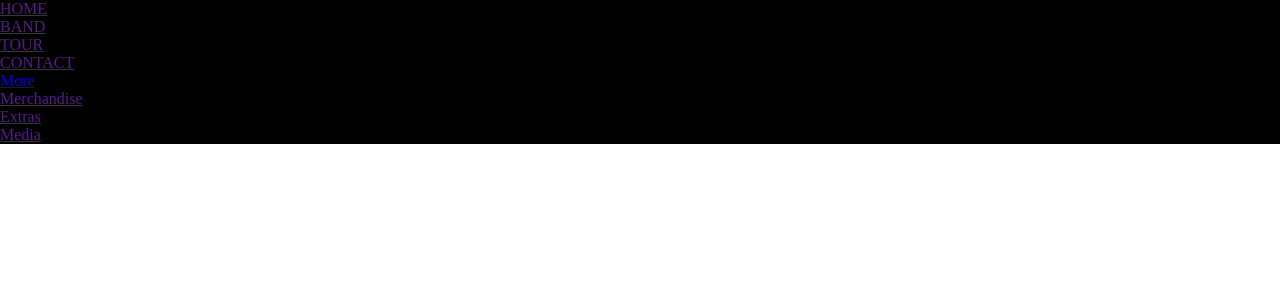
Repository: thanhsonnguyen-gif/f8-learn
Page: index.html
An editor plug-in stored every save of this project. The page is shown before and after the next save, followed by the edit.
The browser window is 1280 px wide. The pictures show the whole page.

Above is the page before, as saved 2022-06-23 09:40:47.

### index.html
<!DOCTYPE html>
<html lang="en">
<head>
    <meta charset="UTF-8">
    <meta http-equiv="X-UA-Compatible" content="IE=edge">
    <meta name="viewport" content="width=device-width, initial-scale=1.0">
    <title>Document</title>
    <link rel="stylesheet" href="./assets/css/style.css">
</head>
<body>
    <div id="main">
        <div id="header">
            <ul id="nav">
                <li><a href="">HOME</a></li>
                <li><a href="">BAND</a></li>
                <li><a href="">TOUR</a></li>
                <li><a href="">CONTACT</a></li>
                <li>
                    <a href="#">More</a>
                    <ul class="subnav">
                        <li><a href="">Merchandise</a></li>
                        <li><a href="">Extras</a></li>
                        <li><a href="">Media</a></li>
                    </ul>
                </li>
            </ul>
        </div>
        <div id="slide">

        </div>
        <div id="content">

        </div>
        <div id="footer">

        </div>
    </div>
</body>
</html>

### assets/css/style.css
*{
    padding: 0;
    margin: 0;
    box-sizing: border-box;
}

#main {

}

#header {
background-color: #000;
color: #fff;
}

#slide {

}

#content {

}

#footer {

}

After the next save:
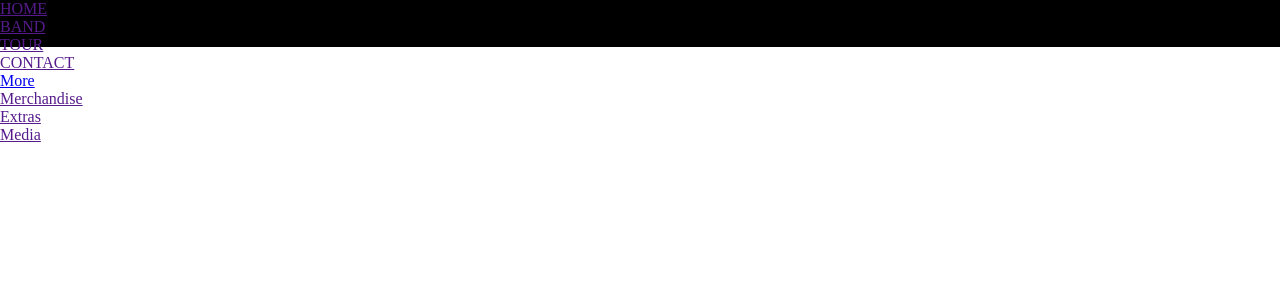
Saved 59 s later.
--- a/assets/css/style.css
+++ b/assets/css/style.css
@@ -10,7 +10,7 @@
 
 #header {
 background-color: #000;
-color: #fff;
+height: 46.5px;
 }
 
 #slide {
